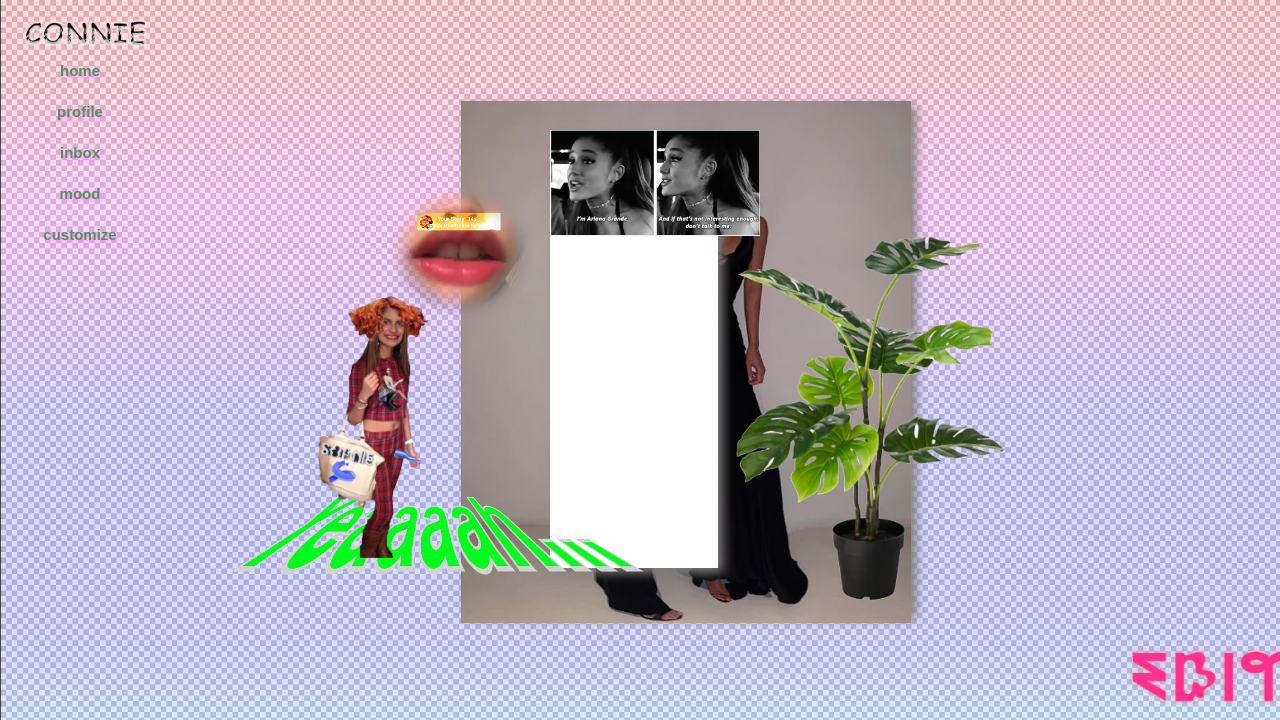
Repository: xuc009/xuc009.github.io
Page: track12/index.html
The author's editor kept a copy of each file at every save. The page is drawn from the files as they stood at one save, then again after the next save.
The browser window is 1280 px wide. The pictures show the whole page.
Some web fonts or font styles are not loaded; a fallback is used. Some web libraries are served in a nearby version.

Above is the page before, as saved 2018-12-08 17:17:08.

After the next save:
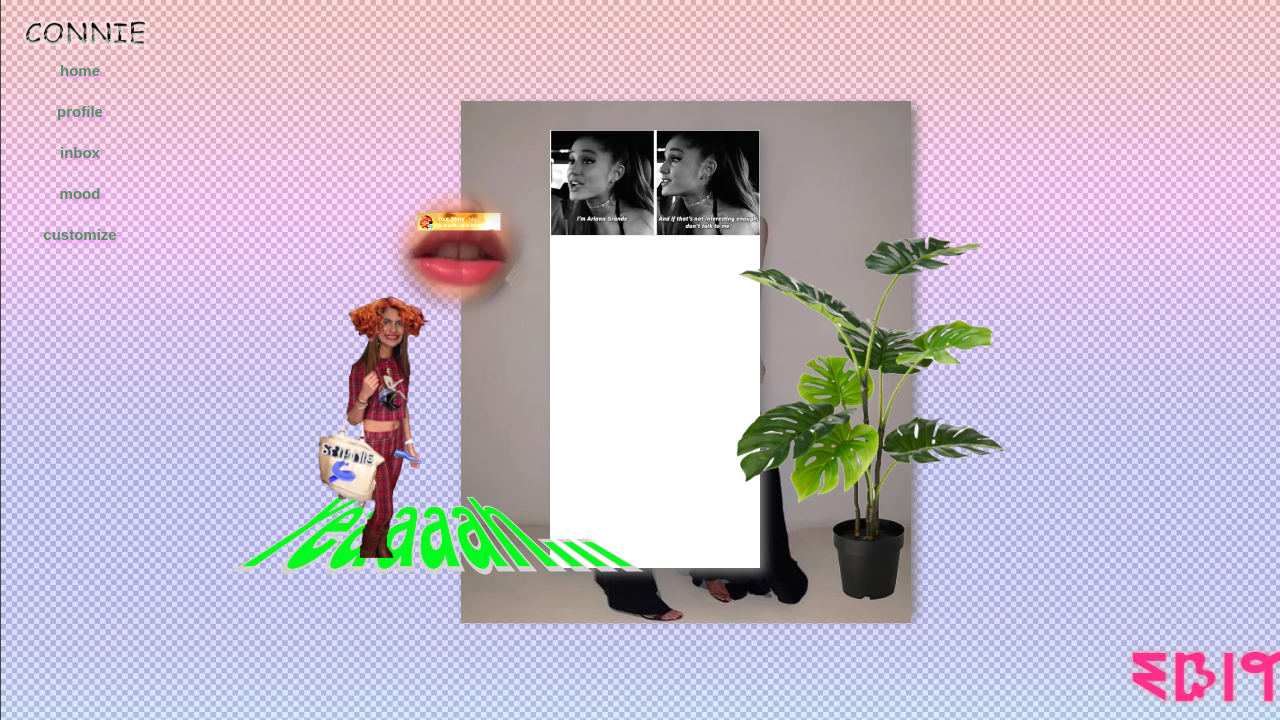
Saved 23 s later.
--- a/track12/assets/css/styles.css
+++ b/track12/assets/css/styles.css
@@ -57,7 +57,7 @@
 
 
 #draggable2 {
-    width: 168px;
+    width: 210px;
     height: 438.38px;
     border: none;
     box-shadow: 5px 5px 10px #807d7d;
